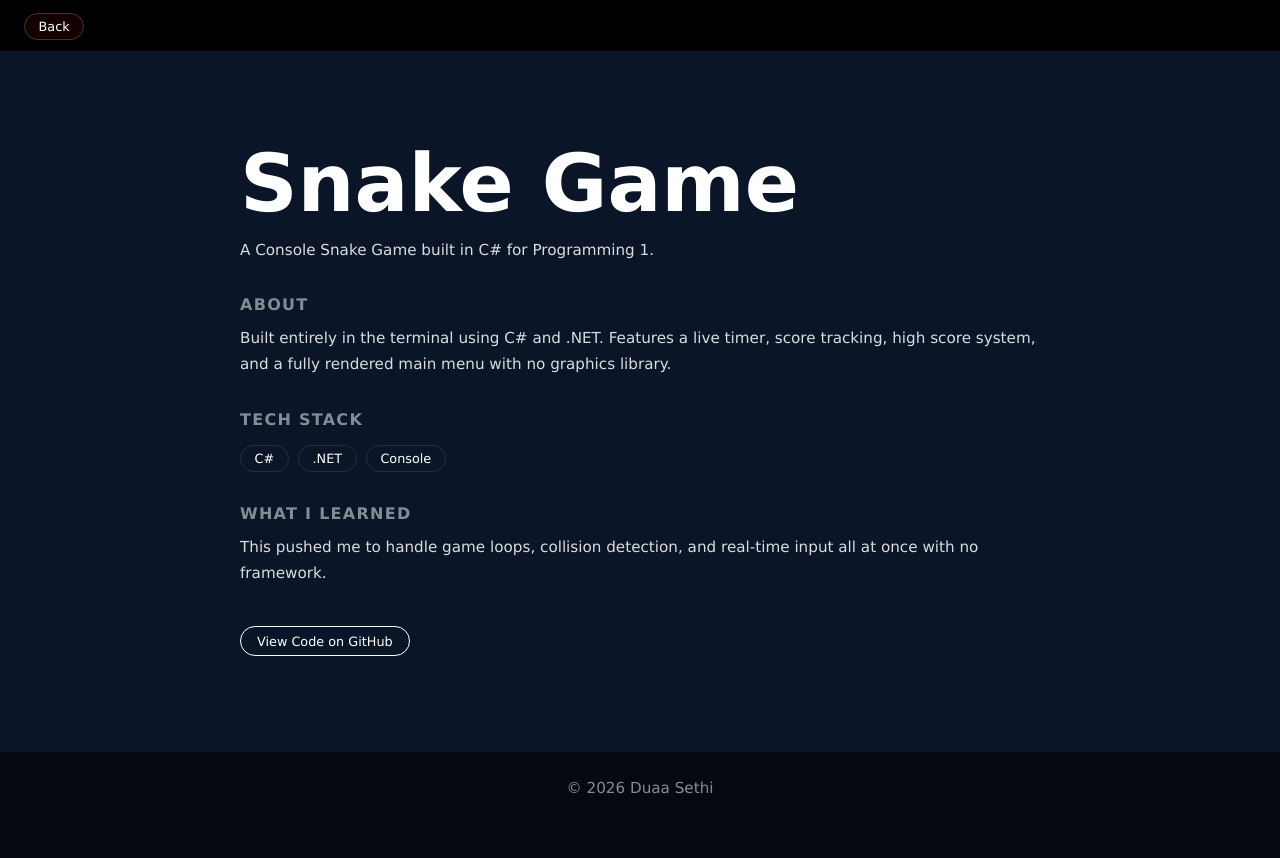
Repository: Duaa-Sethi/Duaa-Sethi
Page: pages/snake-game.html
The author's editor kept a copy of each file at every save. The page is drawn from the files as they stood at one save, then again after the next save.
The browser window is 1280 px wide. The pictures show the whole page.
The pointer rests on the first visible `.tag`.
Some web fonts or font styles are not loaded; a fallback is used.

Above is the page before, as saved 2026-05-08 17:48:20.

### pages/snake-game.html
<!doctype html>
<html lang="en">
  <head>
    <meta charset="UTF-8" />
    <meta name="viewport" content="width=device-width, initial-scale=1.0" />
    <title>Snake Game | Duaa Sethi</title>
    <link rel="stylesheet" href="../styles/globals.css" />
    <link rel="stylesheet" href="../styles/project.css" />
  </head>
  <body>
    <nav>
      <ul>
        <li><a href="../index.html" class="tag"> Back</a></li>
      </ul>
    </nav>

    <main>
      <h1>Snake Game</h1>
      <p>A Console Snake Game built in C# for Programming 1.</p>

      <h2>About</h2>
      <p>
        Built entirely in the terminal using C# and .NET. Features a live timer,
        score tracking, high score system, and a fully rendered main menu with
        no graphics library.
      </p>

      <h2>Tech Stack</h2>
      <ul class="tags">
        <li>C#</li>
        <li>.NET</li>
        <li>Console</li>
      </ul>

      <h2>What I Learned</h2>
      <p>
        This pushed me to handle game loops, collision detection, and real-time
        input all at once with no framework.
      </p>

      <a
        href="https://github.com/Duaa-Sethi/Programming1-project-Dua-Sethi"
        target="_blank"
        class="btn"
        >View Code on GitHub</a
      >
    </main>

    <footer>
      <p>© 2026 Duaa Sethi</p>
    </footer>
  </body>
</html>

### styles/globals.css
/* FONT DEFS */
@font-face {
  font-family: "main font";
  src: url(../assets/fonts/NewsCycle-Regular.ttf);
}

/* CROSS PAGE STYLES */
body {
  font-family: "main font", Verdana, sans-serif;
  color: white;
  margin: 0;
}

h1 {
  font-weight: bold;
  font-size: 1.5rem; /* too small for desktop*/
}

a {
  text-decoration: none;
  color: white;
}
h2,
h3 {
  margin: 0;
}
a:hover {
  text-decoration: underline;
}
ul {
  list-style: none;
  padding: 0;
  margin: 0;
}

### styles/project.css
body {
  background-color: #0a1628;
}

nav {
  position: sticky;
  top: 0;
  background-color: black;
  padding: 0 1.5rem;
}

nav ul {
  display: flex;
  padding: 1rem 0;
}

.tag {
  background-color: rgba(255, 255, 255, 0.08);
  border: 1px solid rgba(255, 255, 255, 0.2);
  border-radius: 20px;
  padding: 0.3rem 0.85rem;
  font-size: 0.8rem;
}

.tag:hover {
  background-color: rgba(143, 6, 6, 0.15);
  text-decoration: none;
}

main {
  max-width: 800px;
  margin: 0 auto;
  padding: 2rem 1.5rem;
}

h1 {
  font-size: 2rem;
  margin-bottom: 0.5rem;
}

h2 {
  font-size: 1rem;
  opacity: 0.5;
  text-transform: uppercase;
  letter-spacing: 0.08em;
  margin-bottom: 0.75rem;
}

p {
  font-size: 0.95rem;
  line-height: 1.7;
  opacity: 0.85;
  margin: 0 0 2rem 0;
}

.tags li {
  display: inline-block;
  border: 1px solid rgba(255, 255, 255, 0.1);
  border: 1px solid rgba(255, 255, 255, 0.1);
  border-radius: 20px;
  padding: 0.3rem 0.85rem;
  font-size: 0.8rem;
  margin: 0.25rem 0.25rem 2rem 0;
}

.btn {
  display: inline-block;
  border: 1px solid white;
  padding: 0.4rem 1rem;
  border-radius: 20px;
  font-size: 0.8rem;
  margin-top: 0.5rem;
}

.btn:hover {
  background-color: white;
  color: #0a1628;
  text-decoration: none;
}

footer {
  text-align: center;
  padding: 1.5rem;
  background-color: black;
  font-size: 0.85rem;
  opacity: 0.6;
  margin-top: 4rem;
}

@media (min-width: 600px) {
  h1 {
    font-size: 3.5rem;
  }
}

@media (min-width: 992px) {
  h1 {
    font-size: 5rem;
  }
}

After the next save:
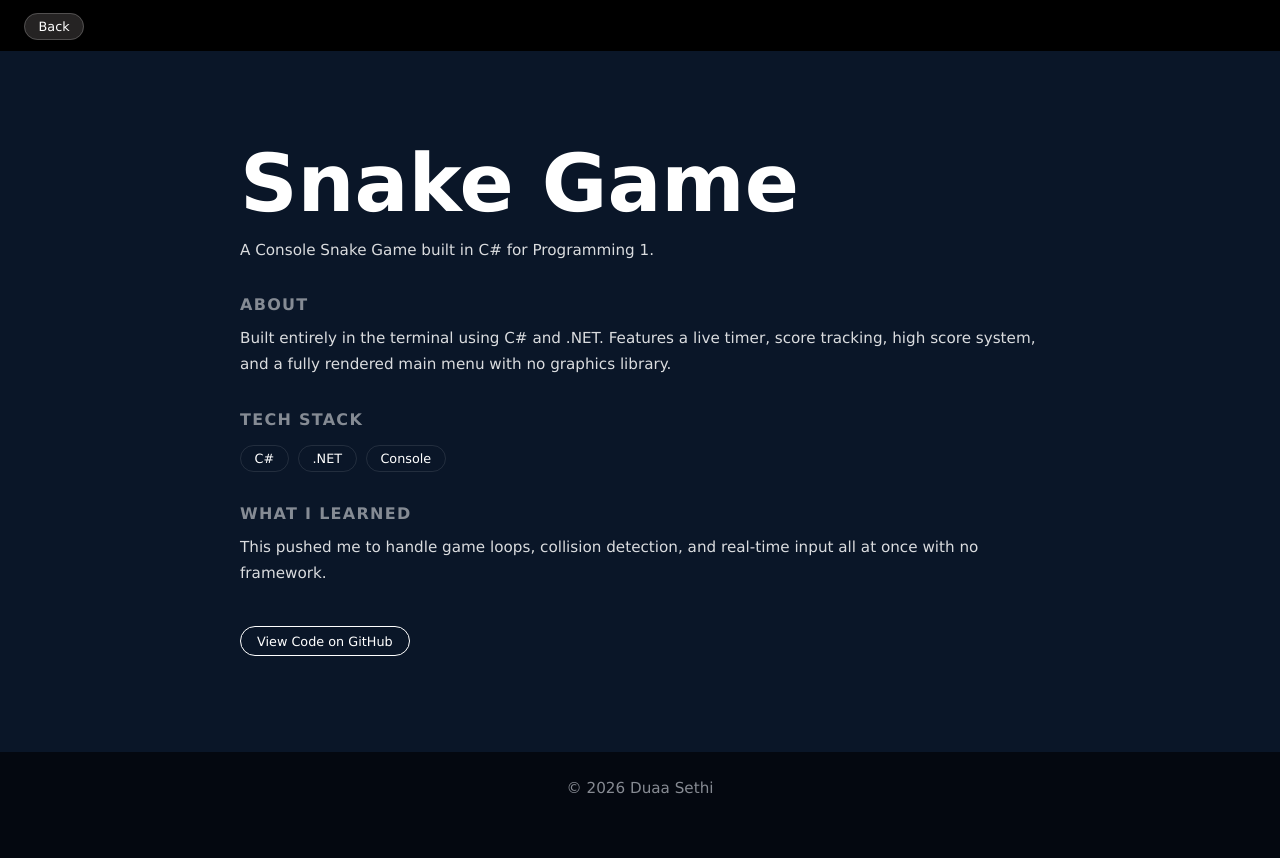
Saved 7 s later.
--- a/styles/project.css
+++ b/styles/project.css
@@ -23,7 +23,7 @@ nav ul {
 }
 
 .tag:hover {
-  background-color: rgba(143, 6, 6, 0.15);
+  background-color: rgba(246, 236, 236, 0.15);
   text-decoration: none;
 }
 
